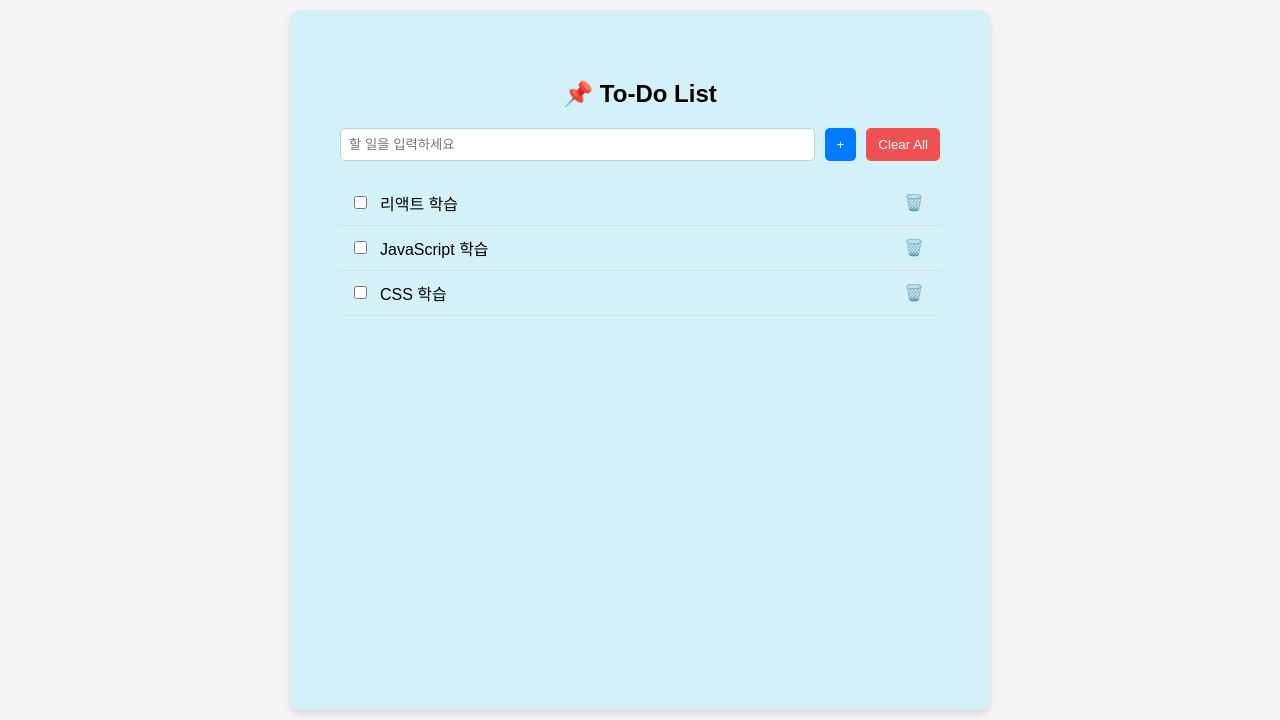
Repository: jongheonleee/todo-list
Page: /
These files come from the project's save history. The page is drawn as it stood at one moment and after the next save; the edit follows.
The browser window is 1280 px wide. The pictures show the whole page.
The project was rebuilt for these pictures with package versions that can differ from the ones it lists, and the page was loaded fresh each time.

Above is the page before, as saved 2025-02-20 13:23:56.

After the next save:
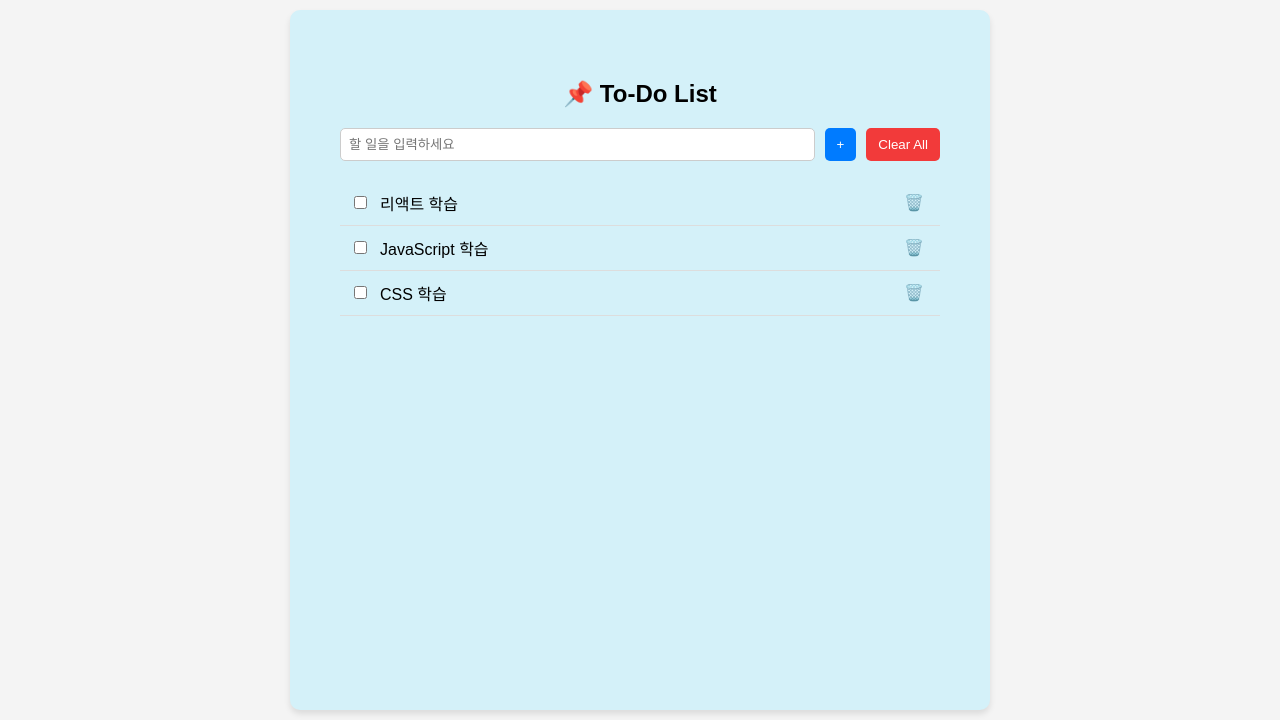
Saved 11 s later.
--- a/src/components/InputForm.css
+++ b/src/components/InputForm.css
@@ -24,7 +24,7 @@ input[type="text"] {
 }
 
 .clear-btn {
-    background: rgb(237, 81, 81);
+    background: rgb(242, 58, 58);
     color: white;
     border: none;
     padding: 8px 12px;
@@ -33,5 +33,5 @@ input[type="text"] {
 }
 
 .clear-btn:hover {
-    background: rgb(231, 16, 16);
+    background: rgb(246, 9, 9);
 }
